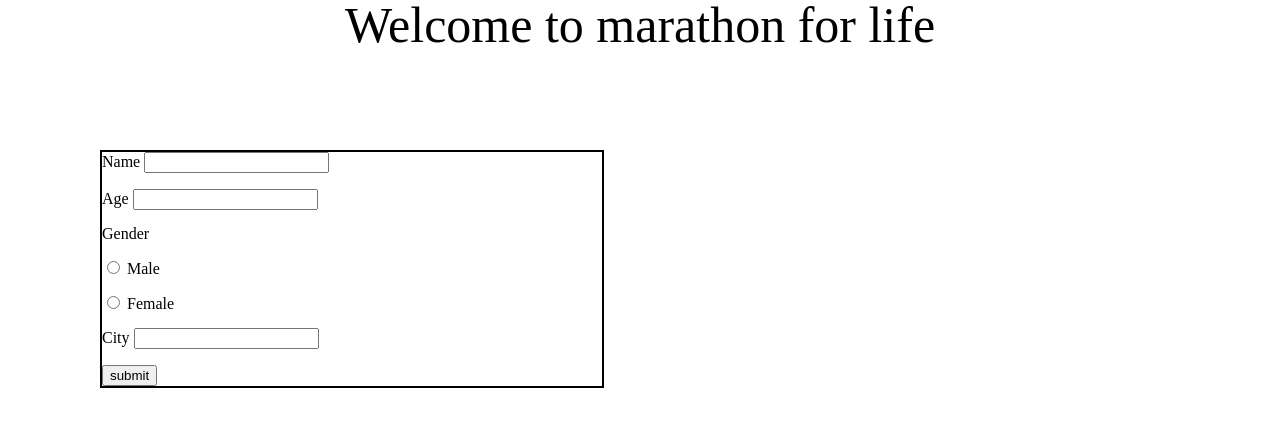
Repository: Razan-am/exam-practice
Page: marathon.html
An editor plug-in stored every save of this project. The page is shown before and after the next save, followed by the edit.
The browser window is 1280 px wide. The pictures show the whole page.

Above is the page before, as saved 2021-05-31 14:32:15.
Console error: SyntaxError: Unexpected token '('

### marathon.html
<!DOCTYPE html>
<html lang="en">
<head>
    <meta charset="UTF-8">
    <meta http-equiv="X-UA-Compatible" content="IE=edge">
    <meta name="viewport" content="width=device-width, initial-scale=1.0">
    <title>marathon</title>
    <link rel="stylesheet" href="css/reset.css">
    <link rel="stylesheet" href="css/style.css">
</head>
<body>
    <header>
        <h1>Welcome to marathon for life</h1>
    </header>
    <main>
        <form action="" id="myForm">
            <fieldset>
            <label for="name">Name</label>
            <input type="text" id="name" name="name">
            <br/> <br/>
            <label for="age">Age</label>
            <input type="number" id="age" name="age">
            <br/><br/>
            <label for="">Gender</label>
            <br/><br/>
            <input type="radio" id="male" name="gender" value="male">
            <label for="gender">Male</label>
            <br/><br/>
            <input type="radio" id="female" name="gender" value="female">
            <label for="gender">Female</label>
            <br/><br/>
            <label for="city">City</label>
            <input type="text" id="city" name="city">
            <br/><br/>
            <input type="submit" value="submit">
        </fieldset>
        </form>
        <div>
            <table id="myTable"></table>
        </div>
        <div id="countainer"></div>
    </main>
    <footer></footer>
    <script src="js/marathon.js"></script>
</body>
</html>

### css/style.css
h1{
    text-align: center;
    font-size: 50px;
    margin-bottom: 100px;
}

form{
    margin-left: 100px;
    margin-bottom: 100px;

}
fieldset{
    display: inline-block;
    border: 2px solid black;
    width: 500px;
}

table {
    margin-left: 250px;
}
th{
    padding-left: 20px;
}
td{
    padding-left: 20px;
}

### js/marathon.js
'use strict';

let myForm = document.getElementById('myForm');
let myTable = document.getElementById('myTable');
let countainer = document.getElementById('countainer');

let mainArr = [];
let Marathon (name,age,gender,city){
    this.name = name;
    this.age = age;
    this.gender = gender;
    this.city = city;
    mainArr.push(this);
}

function randomNumber(min,max) {
    return Math.floor(Math.random() * (max - min + 1)) + min;
}

Loaded but not shown: css/reset.css (common file)

After the next save:
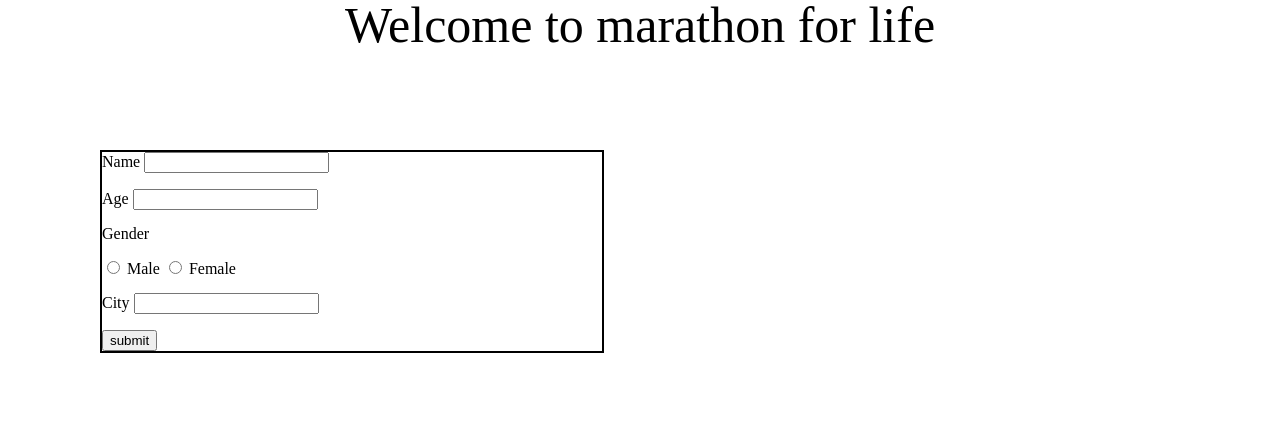
Saved 6 s later.
--- a/marathon.html
+++ b/marathon.html
@@ -25,7 +25,7 @@
             <br/><br/>
             <input type="radio" id="male" name="gender" value="male">
             <label for="gender">Male</label>
-            <br/><br/>
+            <!-- <br/><br/> -->
             <input type="radio" id="female" name="gender" value="female">
             <label for="gender">Female</label>
             <br/><br/>
